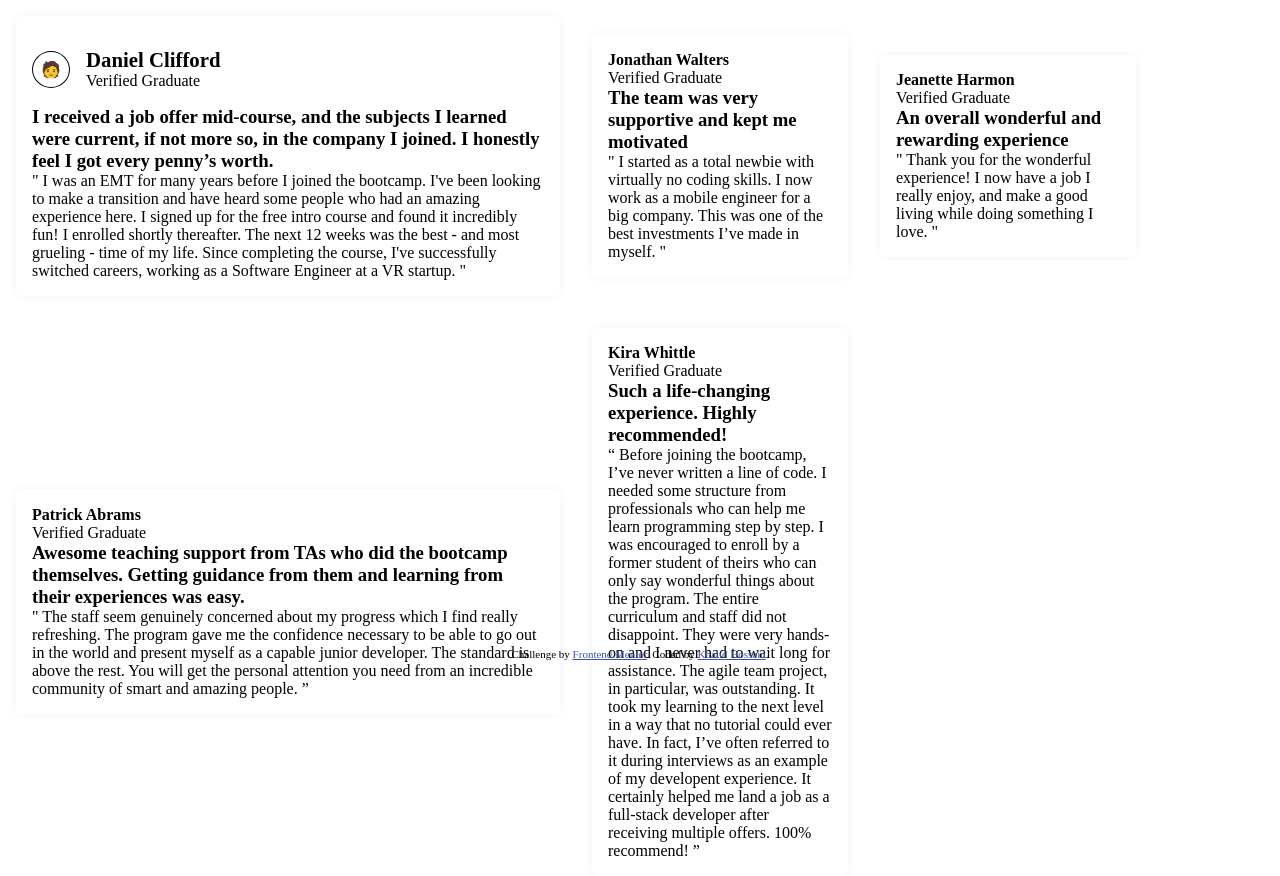
Repository: badhon252/Testimonials-Grid-Section
Page: index.html
These files come from the project's save history. The page is drawn as it stood at one moment and after the next save; the edit follows.
The browser window is 1280 px wide. The pictures show the whole page.

Above is the page before, as saved 2023-02-18 15:57:16.

### index.html
<!DOCTYPE html>
<html lang="en">

<head>
    <meta charset="UTF-8">
    <meta name="viewport" content="width=device-width, initial-scale=1.0">
    <!-- displays site properly based on user's device -->

    <link rel="icon" type="image/png" sizes="32x32" href="./images/favicon-32x32.png">
    <link rel="stylesheet" href="./css/style.css">
    <title>Frontend Mentor | [Challenge Name Here]</title>

</head>

<body>

    <div class="container">
        <div class="box box1">
            <div class="heading">
                <div class="img-fluid">🧑</div>
                <div>
                    <h1 class="name">Daniel Clifford</h1>
                    <p>Verified Graduate</p>
                </div>
            </div>

            <h3>I received a job offer mid-course, and the subjects I learned were current, if not more so, in the company I joined. I honestly feel I got every penny’s worth.</h3>
            <p>" I was an EMT for many years before I joined the bootcamp. I've been looking to make a transition and have heard some people who had an amazing experience here. I signed up for the free intro course and found it incredibly fun! I enrolled
                shortly thereafter. The next 12 weeks was the best - and most grueling - time of my life. Since completing the course, I've successfully switched careers, working as a Software Engineer at a VR startup. "</p>
        </div>
        <div class="box box2">
            <h4>Jonathan Walters</h4>
            <p>Verified Graduate</p>
            <h3>The team was very supportive and kept me motivated</h3>
            <p>" I started as a total newbie with virtually no coding skills. I now work as a mobile engineer for a big company. This was one of the best investments I’ve made in myself. "</p>
        </div>
        <div class="box box3">
            <h4>Jeanette Harmon</h4>
            <p>Verified Graduate</p>
            <h3>An overall wonderful and rewarding experience</h3>
            <p>" Thank you for the wonderful experience! I now have a job I really enjoy, and make a good living while doing something I love. "</p>
        </div>
        <div class="box box4">
            <h4>Patrick Abrams</h4>
            <p>Verified Graduate</p>
            <h3>Awesome teaching support from TAs who did the bootcamp themselves. Getting guidance from them and learning from their experiences was easy.</h3>
            <p>" The staff seem genuinely concerned about my progress which I find really refreshing. The program gave me the confidence necessary to be able to go out in the world and present myself as a capable junior developer. The standard is above the
                rest. You will get the personal attention you need from an incredible community of smart and amazing people. ”
            </p>
        </div>
        <div class="box box5">
            <h4>Kira Whittle</h4>
            <p>Verified Graduate</p>
            <h3>Such a life-changing experience. Highly recommended!</h3>
            <p>“ Before joining the bootcamp, I’ve never written a line of code. I needed some structure from professionals who can help me learn programming step by step. I was encouraged to enroll by a former student of theirs who can only say wonderful
                things about the program. The entire curriculum and staff did not disappoint. They were very hands-on and I never had to wait long for assistance. The agile team project, in particular, was outstanding. It took my learning to the next
                level in a way that no tutorial could ever have. In fact, I’ve often referred to it during interviews as an example of my developent experience. It certainly helped me land a job as a full-stack developer after receiving multiple offers.
                100% recommend! ”</p>
        </div>
    </div>



    <div class="attribution">
        Challenge by <a href="https://www.badhon252.me" target="_blank">Frontend Mentor</a>. Coded by <a href="#">Khalid
      Hossain</a>.
    </div>
</body>

</html>

### css/style.css
* {
    margin: 0;
    padding: 0;
    box-sizing: border-box;
}

body {
    height: 100vh;
}

.name {
    font-size: 1.3em;
}

.container {
    max-height: 90%;
    max-width: 90%;
    display: grid;
    place-items: center;
    grid-template-columns: 2fr 1fr 1fr;
    grid-template-rows: 1fr 2fr 1fr;
    /* grid-template-areas: 'box1 box1 box2 box3' 'box4 box5 box5 box3'; */
}

.heading {
    display: flex;
    align-items: center;
    padding: 1rem 0;
}

.img-fluid {
    padding: .5em;
    border: 1px solid black;
    border-radius: 50%;
    margin-right: 1rem;
}

.box {
    border-radius: 5px;
    padding: 1rem;
    margin: 1rem;
    box-shadow: 0 0 10px 0 hsl(227, 47%, 96%);
}

.attribution {
    font-size: 11px;
    text-align: center;
}

.attribution a {
    color: hsl(228, 45%, 44%);
}

After the next save:
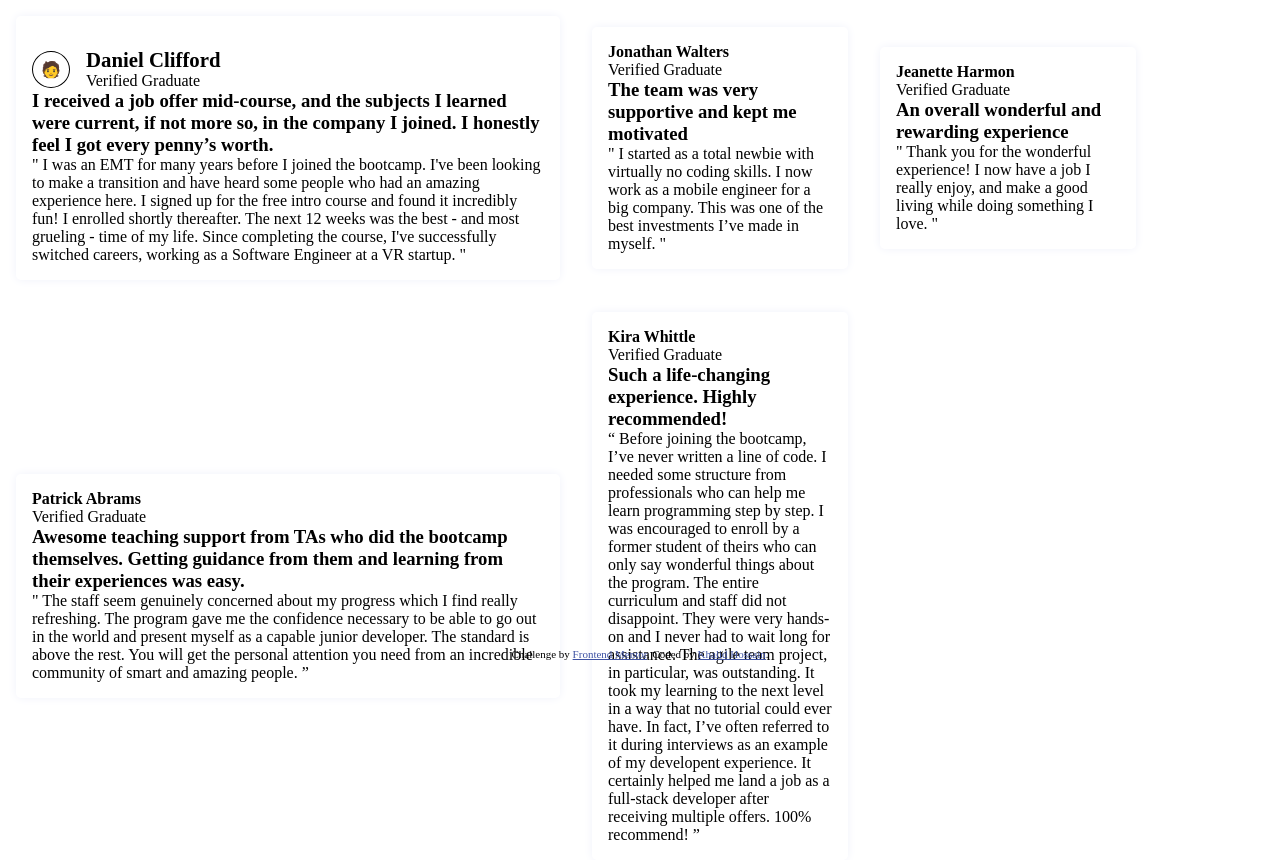
Saved 15 s later.
--- a/css/style.css
+++ b/css/style.css
@@ -25,7 +25,7 @@ body {
 .heading {
     display: flex;
     align-items: center;
-    padding: 1rem 0;
+    padding: 1rem 0 0 0;
 }
 
 .img-fluid {
